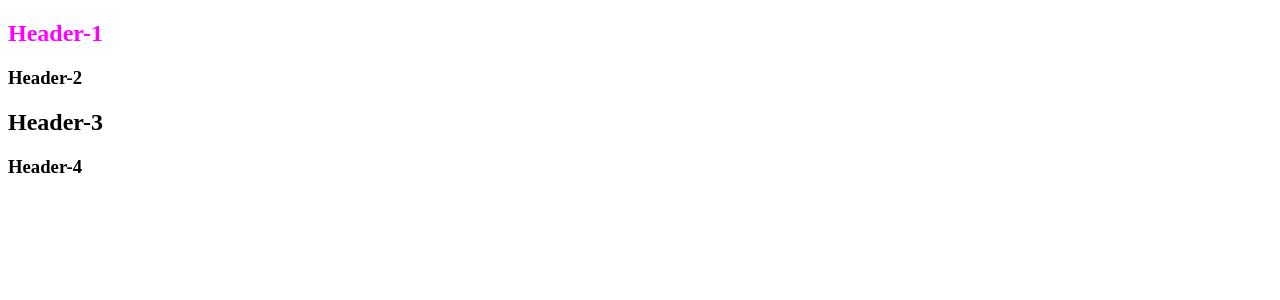
Repository: popconnect/jQuery
Page: http://localhost/jqueryEx01/jquery05.jsp
An editor plug-in stored every save of this project. The page is shown before and after the next save, followed by the edit.
The browser window is 1280 px wide. The pictures show the whole page.
The page is served by Tomcat 9.

Above is the page before, as saved 2023-05-15 06:25:47.

### jqueryEx01/src/main/webapp/jquery05.jsp
<%@ page language="java" contentType="text/html; charset=UTF-8"
	pageEncoding="UTF-8"%>
<!DOCTYPE html>
<html>
<head>
<meta charset="UTF-8">
<title>Insert title here</title>

<script src="https://ajax.googleapis.com/ajax/libs/jquery/3.6.4/jquery.min.js"></script>
<script type="text/javascript">
//window.jquery => jquery => $
$(document).ready(function() {
	$('h2.c1').css('color', 'magenta')
});

</script>
</head>
<body>
	<h2 class='c1'>Header-1</h2>
	<h3 class='c1 c2'>Header-2</h3>
	<h2 class='c2'>Header-3</h2>
	<h3 class='c2'>Header-4</h3>
</body>
</html>

After the next save:
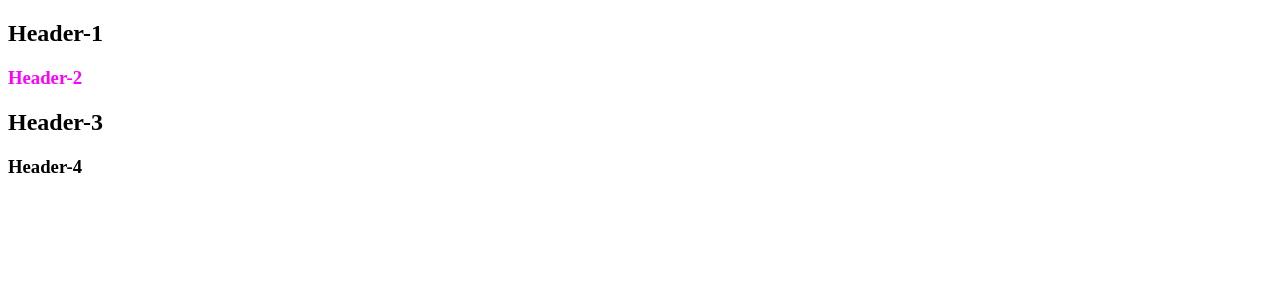
Saved 24 s later.
--- a/jqueryEx01/src/main/webapp/jquery05.jsp
+++ b/jqueryEx01/src/main/webapp/jquery05.jsp
@@ -10,7 +10,8 @@
 <script type="text/javascript">
 //window.jquery => jquery => $
 $(document).ready(function() {
-	$('h2.c1').css('color', 'magenta')
+	//$('h2.c1').css('color', 'magenta');
+	$('.c1.c2').css('color', 'magenta');
 });
 
 </script>
